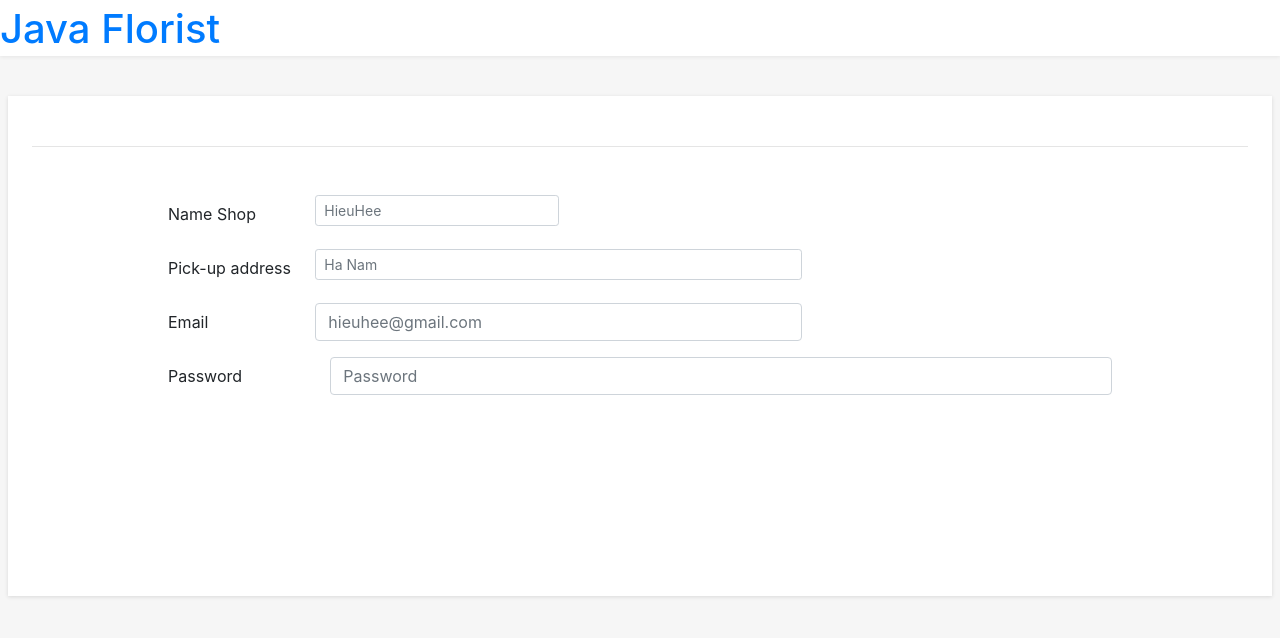
Repository: hienttm/flower-java-florist
Page: JavaFlorist/JavaFlorist/wwwroot/BecomePartner/index.html
These files come from the project's save history. The page is drawn as it stood at one moment and after the next save; the edit follows.
The browser window is 1280 px wide. The pictures show the whole page.
Some web libraries are served in a nearby version.

Above is the page before, as saved 2023-12-29 17:58:29.

### JavaFlorist/JavaFlorist/wwwroot/BecomePartner/index.html
<!DOCTYPE html>
<html lang="en">
<head>
    <meta charset="UTF-8">
    <meta name="viewport" content="width=device-width, initial-scale=1.0">
    <title>Document</title>
        <!-- Google Web Fonts -->
        <link rel="preconnect" href="https://fonts.googleapis.com">
        <link rel="preconnect" href="https://fonts.gstatic.com" crossorigin>
        <link href="https://fonts.googleapis.com/css2?family=Open+Sans:wght@400;600&family=Raleway:wght@600;800&display=swap" rel="stylesheet">

        <!-- Icon Font Stylesheet -->
        <link rel="stylesheet" href="https://use.fontawesome.com/releases/v5.15.4/css/all.css" />
        <link href="https://cdn.jsdelivr.net/npm/bootstrap-icons@1.4.1/font/bootstrap-icons.css" rel="stylesheet">

            <!-- Customized Bootstrap Stylesheet -->
            <link rel="stylesheet" href="https://cdn.jsdelivr.net/npm/bootstrap@4.0.0/dist/css/bootstrap.min.css" integrity="sha384-Gn5384xqQ1aoWXA+058RXPxPg6fy4IWvTNh0E263XmFcJlSAwiGgFAW/dAiS6JXm" crossorigin="anonymous">
        <link rel="stylesheet" href="style/Partner.css">
</head>
<body>
    <!-- Spinner Start -->
    <div class="onboarding-page">
        <div class="header">
            <a asp-action="Index" asp-controller="Home" class="navbar-brand"><h1 class="text-primary display-6"> Java Florist</h1></a>
        </div>
        <div class="onboarding">
            <div class="onboarding-layout__main">
                <div class="onboarding-layout__content onboarding-layout__card">
                    <div class="flow-step-content">
                        <div class="steps-header"></div>
                        <div class="form-input">
                            <form>
                                <div class="form-group row">
                                  <label for="text" class="col-sm-2 col-form-label">Name Shop</label>
                                  <div class="w-25">
                                    <input class="form-control form-control-sm" type="text" placeholder="HieuHee">
                                  </div>
                                </div>
                                <div class="form-group row">
                                  <label for="text" class="col-sm-2 col-form-label">Pick-up address</label>
                                  <div class="w-50">
                                    <input type="text" class="form-control form-control-sm"  placeholder="Ha Nam">
                                  </div>
                                </div>
                                <div class="form-group row">
                                    <label for="Email" class="col-sm-2 col-form-label">Email</label>
                                    <div class="w-50">
                                      <input type="email" class="form-control"  placeholder="hieuhee@gmail.com">
                                    </div>
                                  </div>
                                  <div class="form-group row">
                                    <label for="inputPassword" class="col-sm-2 col-form-label">Password</label>
                                    <div class="col-sm-10">
                                      <input type="password" class="form-control" id="inputPassword" placeholder="Password">
                                    </div>
                                  </div>
                              </form>
                        </div>
                    </div>

                </div>
            </div>
        </div>
    </div>


        <!-- JavaScript Libraries -->
        <script src="https://ajax.googleapis.com/ajax/libs/jquery/3.6.4/jquery.min.js"></script>
        <script src="https://cdn.jsdelivr.net/npm/bootstrap@5.0.0/dist/js/bootstrap.bundle.min.js"></script>
</body>
</html>

### JavaFlorist/JavaFlorist/wwwroot/BecomePartner/style/Partner.css
*,
*:before,
*:after {
  box-sizing: border-box;
}
* {
  margin: 0;
  padding: 0;
  font: inherit;
}
img,
picture,
svg,
video {
  display: block;
  max-width: 100%;
}
input,
select,
textarea {
  background-color: transparent;
  outline: none;
}
button {
  cursor: pointer;
  background-color: transparent;
  outline: none;
  border: 0;
}
body {
  min-height: 100vh;
  font-weight: 400;
  font-size: 16px;
  line-height: 1;
}

.onboarding-page{
    padding-top: 56px;
    min-width: 1264px;
    margin: 0 auto;
}
.header{
    position: fixed;
    top: 0;
    left: 0;
    width: 100%;
    height: 56px;
    box-shadow: 0 1px 4px 0 rgba(0,0,0,.07);
    background-color: #fff;
    z-index: 100001;
}

.navbar-brand{
    color: #CDB4DB !important;
}
.onboarding {
    min-height: calc(100vh - 56px - 40px);
    padding-bottom: 40px;
    background-color: #f6f6f6;
    }

.onboarding-layout__main {
        padding-top: 40px;
}

.onboarding-layout__card {
    width: 1264px;
    margin: 0 auto;
    height: 500px;
    background-color: #fff;
    box-shadow: 0 1px 4px 0 rgba(0,0,0,.12);
    }

    .flow-step-content{
        padding: 50px 24px;
    }
    .steps-header{
        border-bottom: 1px solid #e5e5e5;
    }

    .form-input{
        max-width: 944px;
        margin: 48px auto 40px;
        min-height: 198px;
}

After the next save:
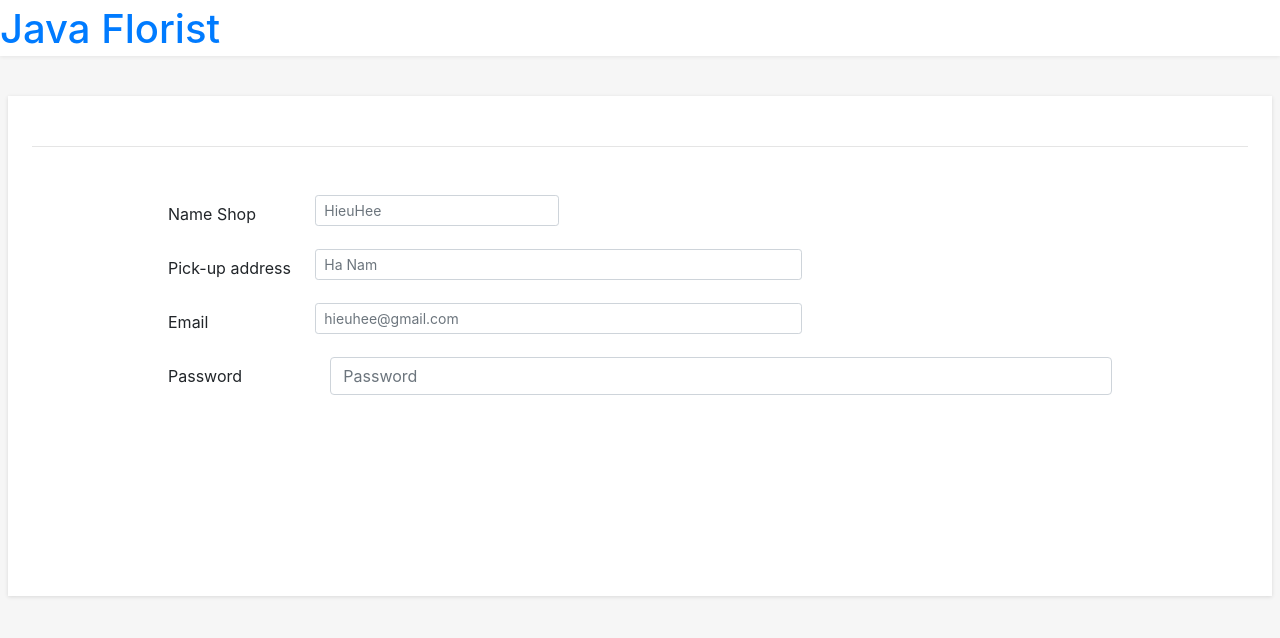
Saved 9 s later.
--- a/JavaFlorist/JavaFlorist/wwwroot/BecomePartner/index.html
+++ b/JavaFlorist/JavaFlorist/wwwroot/BecomePartner/index.html
@@ -45,7 +45,7 @@
                                 <div class="form-group row">
                                     <label for="Email" class="col-sm-2 col-form-label">Email</label>
                                     <div class="w-50">
-                                      <input type="email" class="form-control"  placeholder="hieuhee@gmail.com">
+                                      <input type="email" class="form-control form-control-sm"  placeholder="hieuhee@gmail.com">
                                     </div>
                                   </div>
                                   <div class="form-group row">
